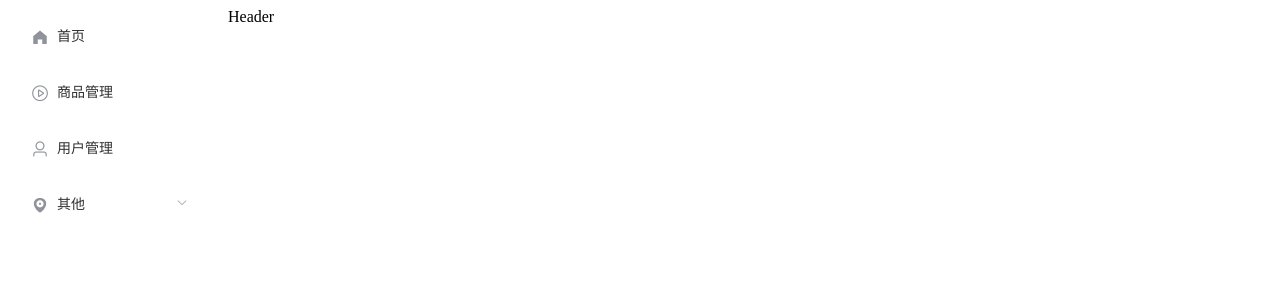
Repository: Francis200214/my-app
Page: /
An editor plug-in stored every save of this project. The page is shown before and after the next save, followed by the edit.
The browser window is 1280 px wide. The pictures show the whole page.
The project was rebuilt for these pictures with package versions that can differ from the ones it lists, and the page was loaded fresh each time. Also part of the build but not shown: vue.config.js, src/views/Home.vue, src/views/User.vue.

Above is the page before, as saved 2023-05-20 15:52:53.

### src/main.js
import Vue from 'vue'
import App from './App.vue'
import ElementUI from 'element-ui';
import 'element-ui/lib/theme-chalk/index.css';
import router from './router'


Vue.config.productionTip = false

// 全局引入Element UI
Vue.use(ElementUI);


// 按需引入Element UI
// Vue.use(Row);
// Vue.use(Button);


new Vue({
  router,
  render: h => h(App),
}).$mount('#app')

### src/App.vue
<template>
  <div id="app">
    <router-view></router-view>
  </div>
</template>

<script>

export default {
  name: 'App'
}
</script>

### src/router/index.js
import Vue from 'vue'
import VueRouter from 'vue-router'

// 1、引入组件
import Main from '../views/Main.vue'
import Home from '../views/Home.vue'
import User from '../views/User.vue'

// 引入Vue-Router
Vue.use(VueRouter);

// 2、路由与组件映射
const routes = [
    {
        path: '/',
        component: Main,
        children: [
            { path: '/home', component: Home },
            { path: '/user', component: User }
        ]
    }

]

// 3、创建Router实例
const router = new VueRouter({
    routes // (缩写) 相当于 routes: routes
})

// 4、将 router 暴露
export default router

### src/views/Main.vue
<template>
    <div>
        <el-container>
        <el-aside width="200px">
            <common-aside/>
        </el-aside>
        <el-container>
            <el-header>Header</el-header>
            <el-main>
                <router-view></router-view>
            </el-main>
        </el-container>
        </el-container>
    </div>
</template>
<script>
import CommonAside from '../components/CommonAside.vue'

export default {
    data() {
        return {}
    },
    components: {
        CommonAside
    }
}
</script>

### src/components/CommonAside.vue
<template>
    <div>
        <el-menu default-active="1-4-1" class="el-menu-vertical-demo" @open="handleOpen" @close="handleClose"
            :collapse="isCollapse">
            <el-menu-item v-for="item in noChildren" :key="item.name" :index="item.name">
                <i :class="`el-icon-${item.icon}`"></i>
                <span slot="title">{{ item.label }}</span>
            </el-menu-item>
            <el-submenu v-for="item in hasChildren" index="2">
                <template slot="title">
                    <i class="el-icon-location"></i>
                    <span slot="title">{{ item.label }}</span>
                </template>
                <el-menu-item-group>
                    <el-menu-item index="1-1">选项1</el-menu-item>
                </el-menu-item-group>

            </el-submenu>
        </el-menu>
    </div>
</template>

<style>
.el-menu-vertical-demo:not(.el-menu--collapse) {
    width: 200px;
    min-height: 400px;
}
</style>

<script>
export default {
    data() {
        return {
            isCollapse: false,
            menuData: [
                {
                    path: '/',
                    name: 'home',
                    label: '首页',
                    icon: 's-home',
                    url: 'Home/Home'
                },
                {
                    path: '/mall',
                    name: 'mall',
                    label: '商品管理',
                    icon: 'video-play',
                    url: 'MallManage/MallManage'
                },
                {
                    path: '/user',
                    name: 'user',
                    label: '用户管理',
                    icon: 'user',
                    url: 'UserManage/UserManage'
                },
                {
                    label: '其他',
                    icon: 'location',
                    children: [
                        {
                            path: '/page1',
                            name: 'page1',
                            label: '页面1',
                            icon: 'setting',
                            url: 'Other/PageOne'
                        },
                        {
                            path: '/page2',
                            name: 'page2',
                            label: '页面2',
                            icon: 'setting',
                            url: 'Other/PageTwo'
                        }
                    ]
                }
            ]
        };
    },
    methods: {
        handleOpen(key, keyPath) {
            console.log(key, keyPath);
        },
        handleClose(key, keyPath) {
            console.log(key, keyPath);
        }
    },
    computed: {
        // 没有子菜单
        noChildren() {
            return this.menuData.filter(item => !item.children)
        },
        // 有子菜单
        hasChildren() {
            return this.menuData.filter(item => item.children)
        }
    }
}
</script>

Loaded but not shown: public/index.html (common file)

After the next save:
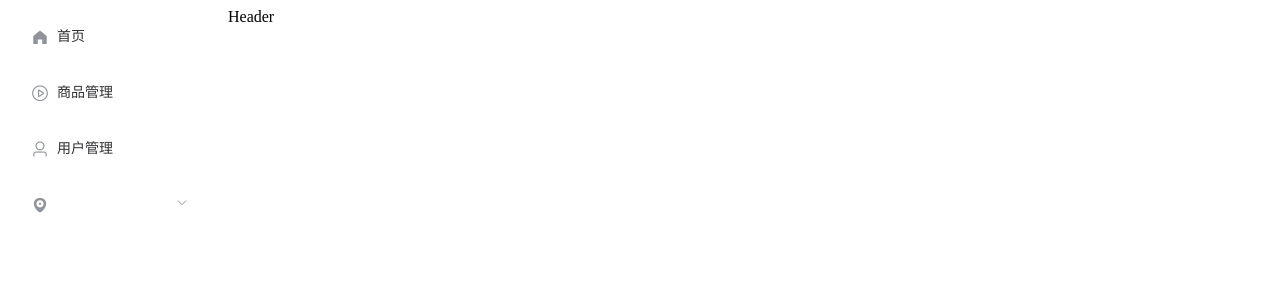
Saved 43 s later.
--- a/src/components/CommonAside.vue
+++ b/src/components/CommonAside.vue
@@ -9,7 +9,7 @@
             <el-submenu v-for="item in hasChildren" index="2">
                 <template slot="title">
                     <i class="el-icon-location"></i>
-                    <span slot="title">{{ item.label }}</span>
+                    <span slot="title">{{ item.children.label }}</span>
                 </template>
                 <el-menu-item-group>
                     <el-menu-item index="1-1">选项1</el-menu-item>

After the save that followed:
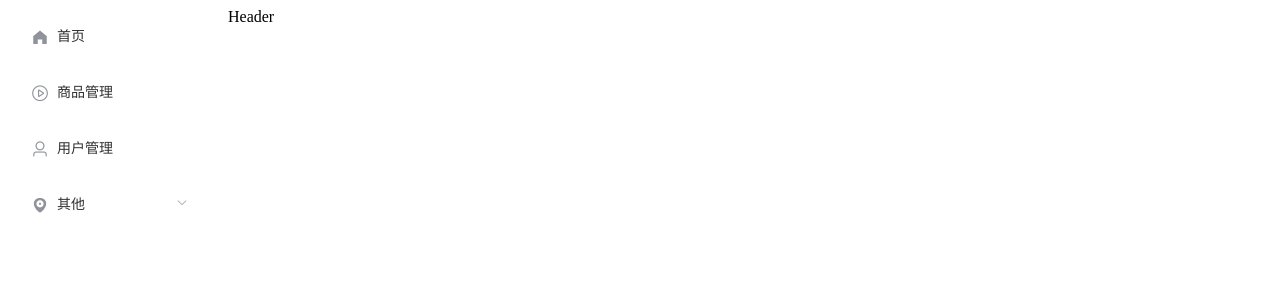
Saved 6 s later.
--- a/src/components/CommonAside.vue
+++ b/src/components/CommonAside.vue
@@ -9,7 +9,7 @@
             <el-submenu v-for="item in hasChildren" index="2">
                 <template slot="title">
                     <i class="el-icon-location"></i>
-                    <span slot="title">{{ item.children.label }}</span>
+                    <span slot="title">{{ item.label }}</span>
                 </template>
                 <el-menu-item-group>
                     <el-menu-item index="1-1">选项1</el-menu-item>
